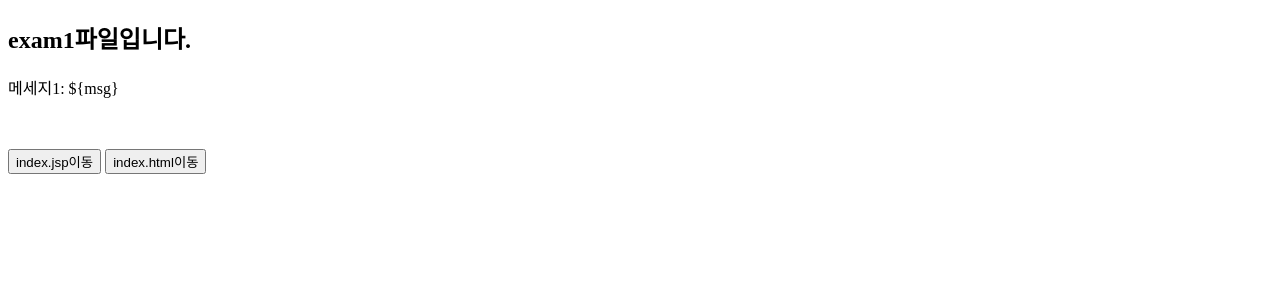
Repository: asfsdw/springBoot
Page: demo1/src/main/resources/static/exam/exam1.html
The author's editor kept a copy of each file at every save. The page is drawn from the files as they stood at one save, then again after the next save.
The browser window is 1280 px wide. The pictures show the whole page.

Above is the page before, as saved 2025-10-29 08:38:33.

### demo1/src/main/resources/static/exam/exam1.html
<!DOCTYPE html>
<html>
<head>
<meta charset="UTF-8">
<title>Insert title here</title>
</head>
<body>
	<h2>exam1파일입니다.</h2>
	<p>메세지1: ${msg}</p>
	<p><br/></p>
	<input type="button" value="index.jsp이동" onclick="location.href='/'" />
	<input type="button" value="index.html이동" onclick="location.href='../index.html'" />
</body>
</html>

After the next save:
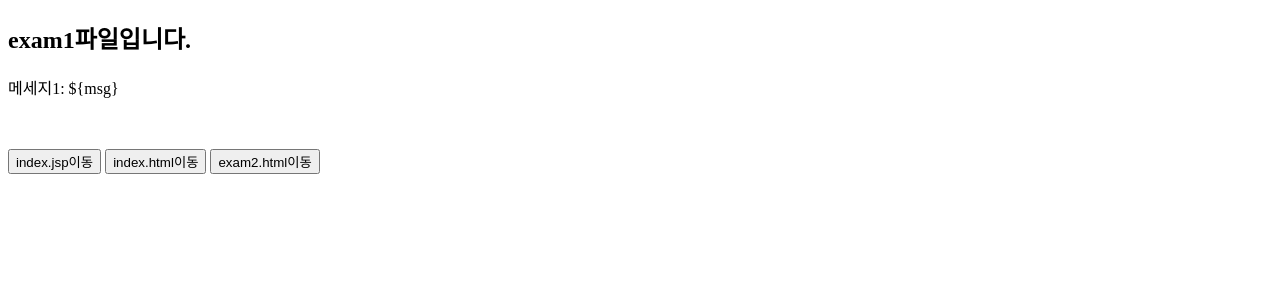
Saved 26 s later.
--- a/demo1/src/main/resources/static/exam/exam1.html
+++ b/demo1/src/main/resources/static/exam/exam1.html
@@ -10,5 +10,6 @@
 	<p><br/></p>
 	<input type="button" value="index.jsp이동" onclick="location.href='/'" />
 	<input type="button" value="index.html이동" onclick="location.href='../index.html'" />
+	<input type="button" value="exam2.html이동" onclick="location.href='exam2.html'" />
 </body>
 </html>
